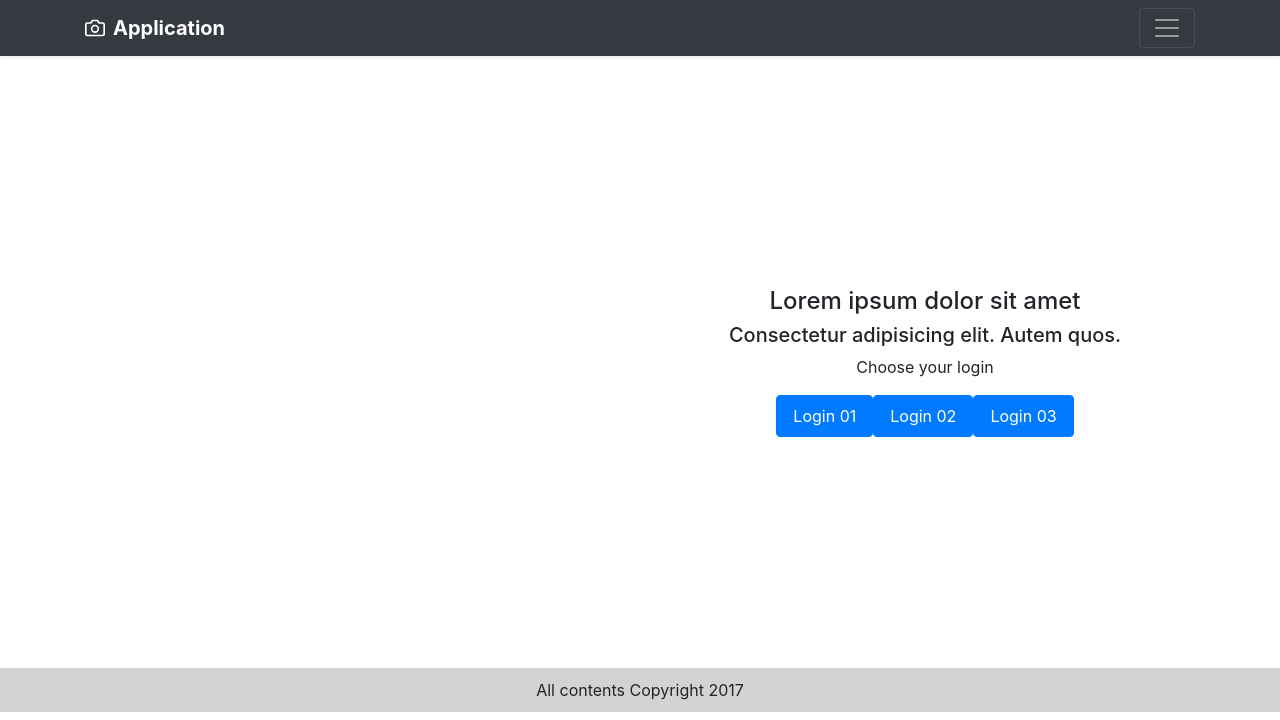
Repository: bijoysen/angular7-landing-login
Page: /
These files come from the project's save history. The page is drawn as it stood at one moment and after the next save; the edit follows.
The browser window is 1280 px wide. The pictures show the whole page.
The project was rebuilt for these pictures with package versions that can differ from the ones it lists, and the page was loaded fresh each time. Also part of the build but not shown: angular.json, src/app/pre/login-one/login-one.component.ts, src/app/pre/login-two/login-two.component.ts, src/app/pre/login-three/login-three.component.ts.

Above is the page before, as saved 2018-12-17 19:00:23.

### src/index.html
<!doctype html>
<html lang="en">
<head>
  <meta charset="utf-8">
  <title>Angular7LandingLogin</title>
  <base href="/">

  <meta name="viewport" content="width=device-width, initial-scale=1">
  <link rel="icon" type="image/x-icon" href="favicon.ico">
</head>
<body>
  <app-root></app-root>
</body>
</html>

### src/app/app.module.ts
import { BrowserModule } from '@angular/platform-browser';
import { NgModule } from '@angular/core';

import { AppRoutingModule } from './app-routing.module';
import { AppComponent } from './app.component';
import { HeaderComponent } from './shared/header/header.component';
import { FooterComponent } from './shared/footer/footer.component';
import { LandingComponent } from './pre/landing/landing.component';
import { LoginOneComponent } from './pre/login-one/login-one.component';
import { LoginTwoComponent } from './pre/login-two/login-two.component';
import { LoginThreeComponent } from './pre/login-three/login-three.component';

@NgModule({
  declarations: [
    AppComponent,
    HeaderComponent,
    FooterComponent,
    LandingComponent,
    LoginOneComponent,
    LoginTwoComponent,
    LoginThreeComponent
  ],
  imports: [
    BrowserModule,
    AppRoutingModule
  ],
  providers: [],
  bootstrap: [AppComponent]
})
export class AppModule { }

### src/app/app.component.ts
import { Component } from '@angular/core';

@Component({
  selector: 'app-root',
  templateUrl: './app.component.html',
  styleUrls: ['./app.component.scss']
})
export class AppComponent {
  title = 'angular7-landing-login';
}

### src/app/app.component.html
<app-header></app-header>
<router-outlet></router-outlet>
<app-landing></app-landing>

<app-footer></app-footer>

### src/app/shared/header/header.component.html
<header>
	<!-- <div class="collapse bg-dark" id="navbarHeader">
		<div class="container">
			<div class="row">
				<div class="col-sm-8 col-md-7 py-4">
					<h4 class="text-white">About</h4>
					<p class="text-muted">Add some information about the album below, the author, or any other background context. Make it a few sentences long so folks can pick up some informative tidbits. Then, link them off to some social networking sites or contact information.</p>
				</div>
				<div class="col-sm-4 offset-md-1 py-4">
					<h4 class="text-white">Contact</h4>
					<ul class="list-unstyled">
						<li><a href="#" class="text-white">Follow on Twitter</a></li>
						<li><a href="#" class="text-white">Like on Facebook</a></li>
						<li><a href="#" class="text-white">Email me</a></li>
					</ul>
				</div>
			</div>
		</div>
	</div> -->
	<div class="navbar navbar-dark bg-dark shadow-sm">
		<div class="container d-flex justify-content-between">
			<a href="#" class="navbar-brand d-flex align-items-center">
				<svg xmlns="http://www.w3.org/2000/svg" width="20" height="20" viewBox="0 0 24 24" fill="none" stroke="currentColor" stroke-width="2" stroke-linecap="round" stroke-linejoin="round" class="mr-2"><path d="M23 19a2 2 0 0 1-2 2H3a2 2 0 0 1-2-2V8a2 2 0 0 1 2-2h4l2-3h6l2 3h4a2 2 0 0 1 2 2z"></path><circle cx="12" cy="13" r="4"></circle></svg>
				<strong>Application</strong>
			</a>
			<button class="navbar-toggler" type="button" data-toggle="collapse" data-target="#navbarHeader" aria-controls="navbarHeader" aria-expanded="false" aria-label="Toggle navigation">
			<span class="navbar-toggler-icon"></span>
			</button>
		</div>
	</div>
</header>

### src/app/shared/footer/footer.component.html
<footer class="pageFooter text-center">
  <p>All contents Copyright 2017</p>
</footer>

### src/app/shared/footer/footer.component.scss
.pageFooter {
    background: #d3d3d3;
    padding: 10px 0;
    p {
        margin-bottom: 0;
    }
}

### src/app/pre/landing/landing.component.html
<section class="pageContent">
	<div class="container">
		<div class="row align-items-center">
			<div class="col-md-6"></div>
			<div class="col-md-6">
				<div class="accountsArea text-center">
					<h4>Lorem ipsum dolor sit amet</h4>
					<h5>Consectetur adipisicing elit. Autem quos.</h5>
					<p>Choose your login</p>
					<ul class="nav justify-content-center">
						<li class="nav-item"><a href="#" class="nav-link btn btn-primary">Login 01</a></li>
						<li class="nav-item"><a href="#" class="nav-link btn btn-primary">Login 02</a></li>
						<li class="nav-item"><a href="#" class="nav-link btn btn-primary">Login 03</a></li>
					</ul>
				</div>
			</div>
		</div>
	</div>
</section>

### src/app/pre/landing/landing.component.scss
.pageContent {
    > .container > .row {
        height: 85vh;
    }
}

Loaded but not shown: src/styles.scss (common file); src/main.ts (common file); src/environments/environment.ts (common file); src/app/app-routing.module.ts (common file); src/app/shared/header/header.component.ts (common file); src/app/shared/footer/footer.component.ts (common file); src/app/pre/landing/landing.component.ts (common file); src/app/shared/header/header.component.scss (no stored copy; drawn as an empty file); src/app/app.component.scss (no stored copy; drawn as an empty file)

After the next save:
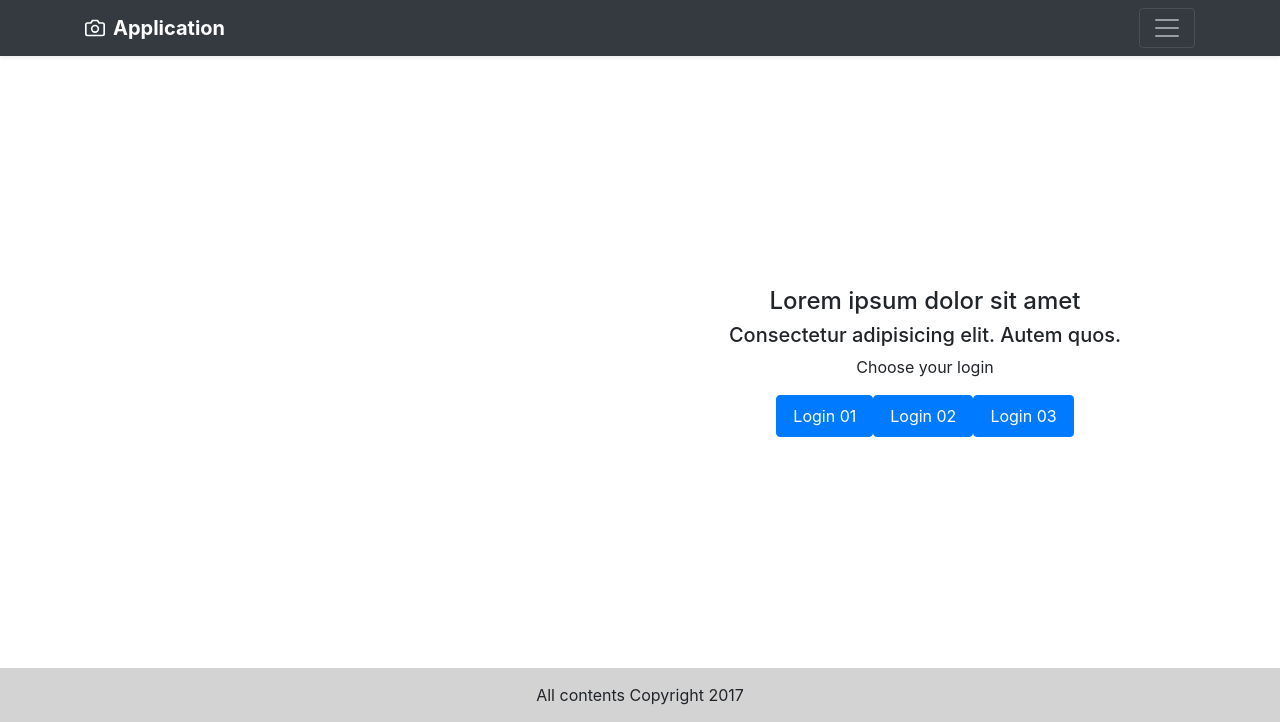
Saved 7 s later.
--- a/src/app/shared/footer/footer.component.scss
+++ b/src/app/shared/footer/footer.component.scss
@@ -1,6 +1,6 @@
 .pageFooter {
     background: #d3d3d3;
-    padding: 10px 0;
+    padding: 15px 0;
     p {
         margin-bottom: 0;
     }
